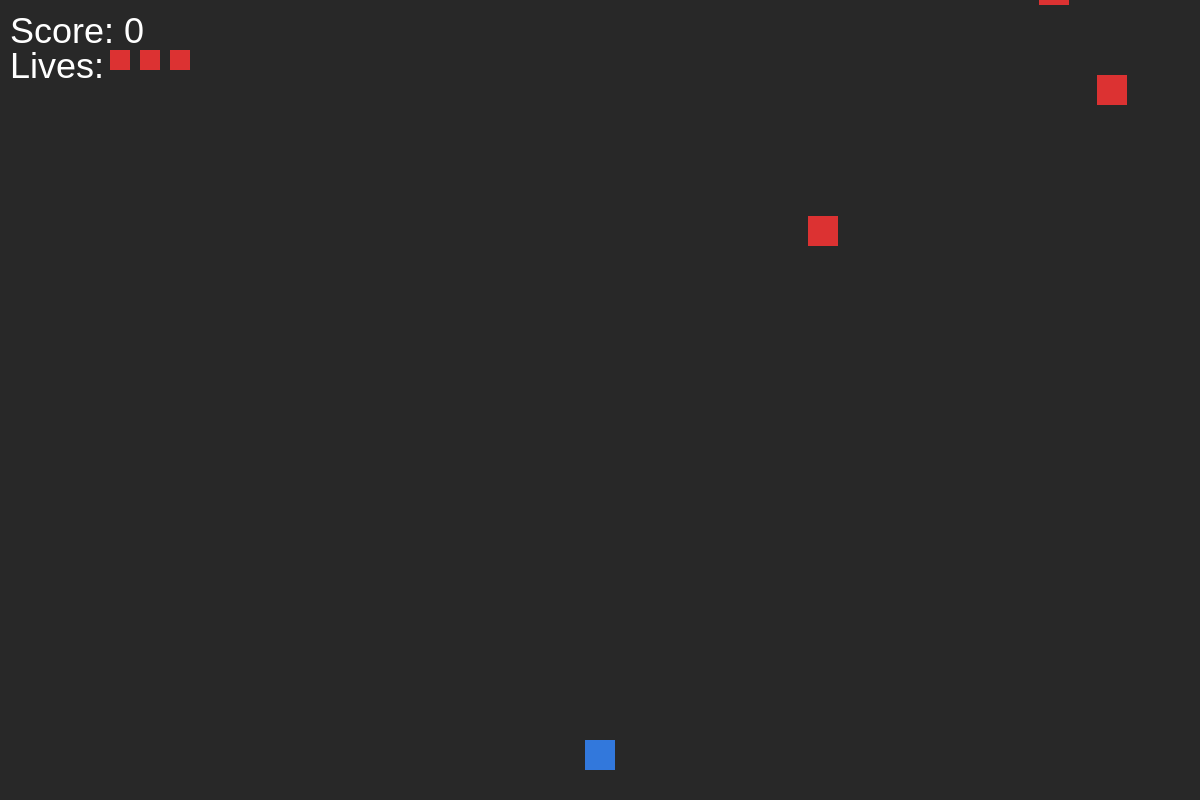
Repository: Magodang/20260181
Script's output: python week5fd/week5.py
These files come from the project's save history. The script's output is drawn as it stood at one moment and after the next save; the edit follows.
The window is shown after at most 60 frames with no key pressed. A system font it names is replaced by a similar one. Random numbers start from a fixed seed.

Above is the script's output before, as saved 2026-03-31 15:03:13.

After the next save:
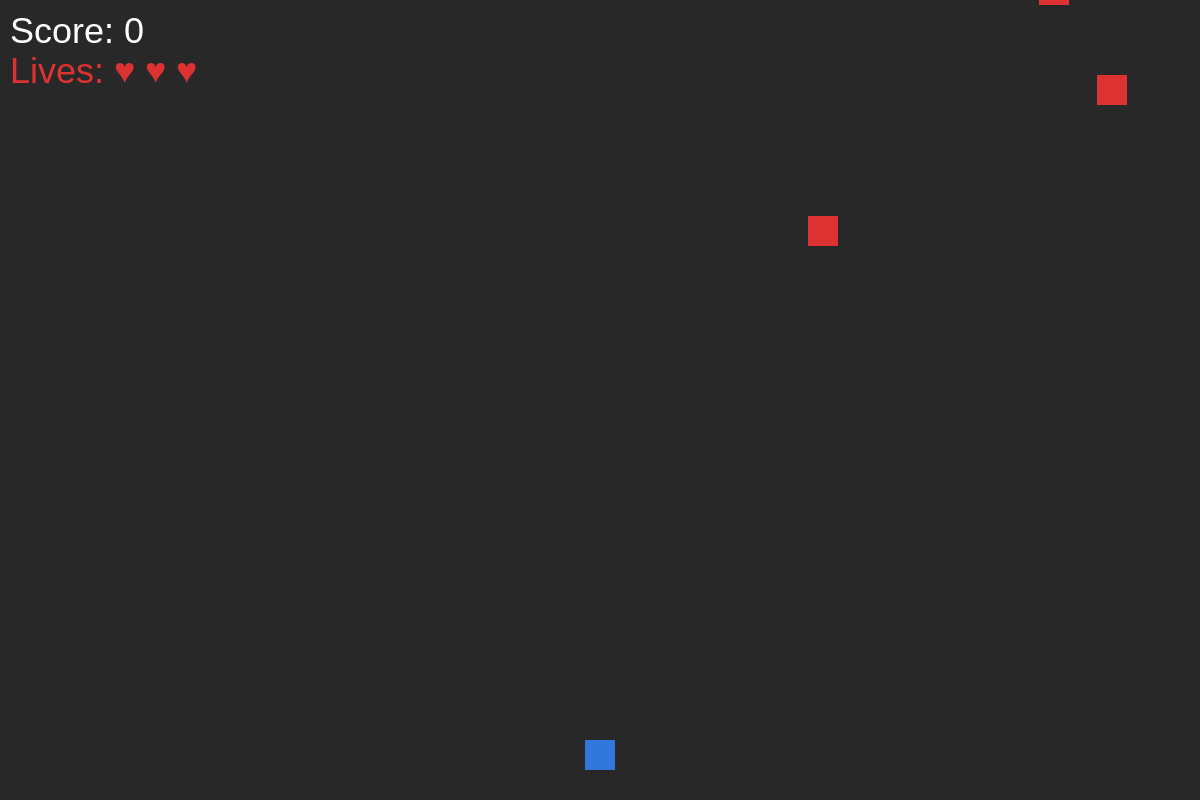
Saved 2 min 52 s later.
--- a/week5fd/week5.py
+++ b/week5fd/week5.py
@@ -41,6 +41,7 @@ def get_spawn_delay(score):
     else:
         return 20
 
+
 def spawn_enemy(score):
     rand = random.random()
 
@@ -52,57 +53,60 @@ def spawn_enemy(score):
         fast_prob = 0.05
         big_prob = 0.03
 
+    # ===== 좌우 등장 (300점 이상, 5%) =====
+    if score >= 300 and rand < 0.05:
+        side = random.choice(["left", "right"])
+        y = random.randint(0, HEIGHT - ENEMY_H)
+
+        if side == "left":
+            rect = pygame.Rect(-ENEMY_W, y, ENEMY_W, ENEMY_H)
+            speed = random.randint(MIN_SPEED, MAX_SPEED)
+            direction = "horizontal_right"
+        else:
+            rect = pygame.Rect(WIDTH, y, ENEMY_W, ENEMY_H)
+            speed = random.randint(MIN_SPEED, MAX_SPEED)
+            direction = "horizontal_left"
+
+        return rect, speed, "side", direction
+
     # ===== 회복 박스 =====
-    if score >= 120 and rand < 0.03:
+    elif score >= 120 and rand < 0.08:
         w, h = ENEMY_W, ENEMY_H
         speed = random.randint(MIN_SPEED, MAX_SPEED)
-        etype = "heal"
+        return pygame.Rect(random.randint(0, WIDTH - w), -h, w, h), speed, "heal", "down"
 
     # ===== 가로 긴 박스 =====
-    elif score >= 200 and rand < 0.08:  # 0.03 + 0.05
+    elif score >= 200 and rand < 0.13:
         w = ENEMY_W * 4
         h = ENEMY_H
         speed = int(random.randint(MIN_SPEED, MAX_SPEED) * 0.5)
-        etype = "wide"
+        return pygame.Rect(random.randint(0, WIDTH - w), -h, w, h), speed, "wide", "down"
 
     # ===== 빠른 작은 박스 =====
-    elif score >= 120 and rand < 0.08 + fast_prob:
+    elif score >= 120 and rand < 0.13 + fast_prob:
         w = int(ENEMY_W * 0.7)
         h = int(ENEMY_H * 0.7)
         speed = int(random.randint(MIN_SPEED, MAX_SPEED) * 1.5)
-        etype = "fast"
+        return pygame.Rect(random.randint(0, WIDTH - w), -h, w, h), speed, "fast", "down"
 
     # ===== 큰 박스 =====
-    elif score >= 50 and rand < 0.08 + fast_prob + big_prob:
+    elif score >= 50 and rand < 0.13 + fast_prob + big_prob:
         w = ENEMY_W * 4
         h = ENEMY_H * 4
         speed = int(random.randint(MIN_SPEED, MAX_SPEED) * 0.5)
-        etype = "big"
+        return pygame.Rect(random.randint(0, WIDTH - w), -h, w, h), speed, "big", "down"
 
     # ===== 기본 =====
     else:
         w, h = ENEMY_W, ENEMY_H
         speed = random.randint(MIN_SPEED, MAX_SPEED)
-        etype = "normal"
-
-    x = random.randint(0, WIDTH - w)
-    return pygame.Rect(x, -h, w, h), speed, etype
-
-
-# ===== HUD 수정 =====
+        return pygame.Rect(random.randint(0, WIDTH - w), -h, w, h), speed, "normal", "down"
+
+
+# ===== HUD (원래 형태 복구) =====
 def draw_hud(score, lives):
     screen.blit(font.render(f"Score: {score}", True, WHITE), (10, 10))
-
-    # Lives 텍스트
-    screen.blit(font.render("Lives:", True, WHITE), (10, 45))
-
-    # 하트 (오른쪽부터 감소)
-    for i in range(3):
-        x = 110 + i * 30
-        if i < lives:
-            pygame.draw.rect(screen, RED, (x, 50, 20, 20))
-        else:
-            pygame.draw.rect(screen, (80, 80, 80), (x, 50, 20, 20))
+    screen.blit(font.render(f"Lives: {'♥ ' * lives}", True, RED), (10, 50))
 
 
 def game_over_screen(score):
@@ -144,15 +148,22 @@ def main():
         spawn_timer += 1
         if spawn_timer >= get_spawn_delay(score):
             spawn_timer = 0
-            rect, speed, etype = spawn_enemy(score)
-            enemies.append([rect, speed, etype])
+            enemies.append(list(spawn_enemy(score)))
 
         survived = []
-        for rect, speed, etype in enemies:
-            rect.y += speed
-
-            if rect.top < HEIGHT:
-                survived.append([rect, speed, etype])
+        for rect, speed, etype, direction in enemies:
+
+            # ===== 이동 처리 =====
+            if direction == "down":
+                rect.y += speed
+            elif direction == "horizontal_right":
+                rect.x += speed
+            elif direction == "horizontal_left":
+                rect.x -= speed
+
+            # ===== 화면 밖 처리 =====
+            if rect.top < HEIGHT and rect.right > 0 and rect.left < WIDTH:
+                survived.append([rect, speed, etype, direction])
             else:
                 if etype == "big":
                     score += 5
@@ -166,7 +177,7 @@ def main():
         if invincible > 0:
             invincible -= 1
         else:
-            for rect, speed, etype in enemies:
+            for rect, speed, etype, direction in enemies:
                 if player.colliderect(rect):
 
                     if etype == "heal":
@@ -188,7 +199,7 @@ def main():
         if blink:
             pygame.draw.rect(screen, BLUE, player)
 
-        for rect, speed, etype in enemies:
+        for rect, speed, etype, direction in enemies:
             if etype == "heal":
                 pygame.draw.rect(screen, GREEN, rect)
             else:
